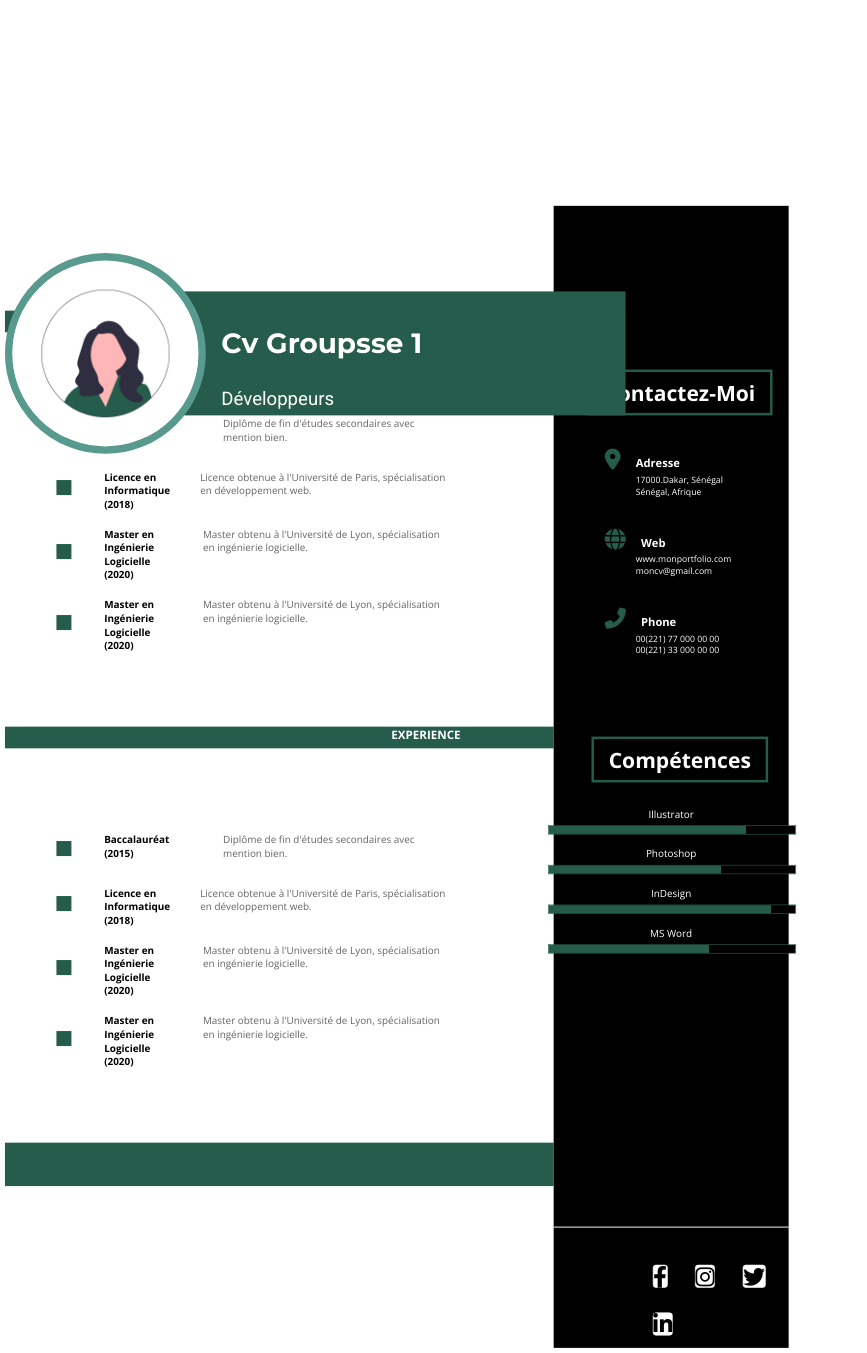
Repository: NdiongueFH/Mon_CV
Page: CV_Groupe1.html
An editor plug-in stored every save of this project. The page is shown before and after the next save, followed by the edit.
The browser window is 1280 px wide. The page is 1302 px wide, then 1398 px, so the pictures cover 1398 px, including what lies to the right of the window. The pictures show the whole page, at 62% of full size.

Above is the page before, as saved 2024-08-05 01:31:48.

After the next save:
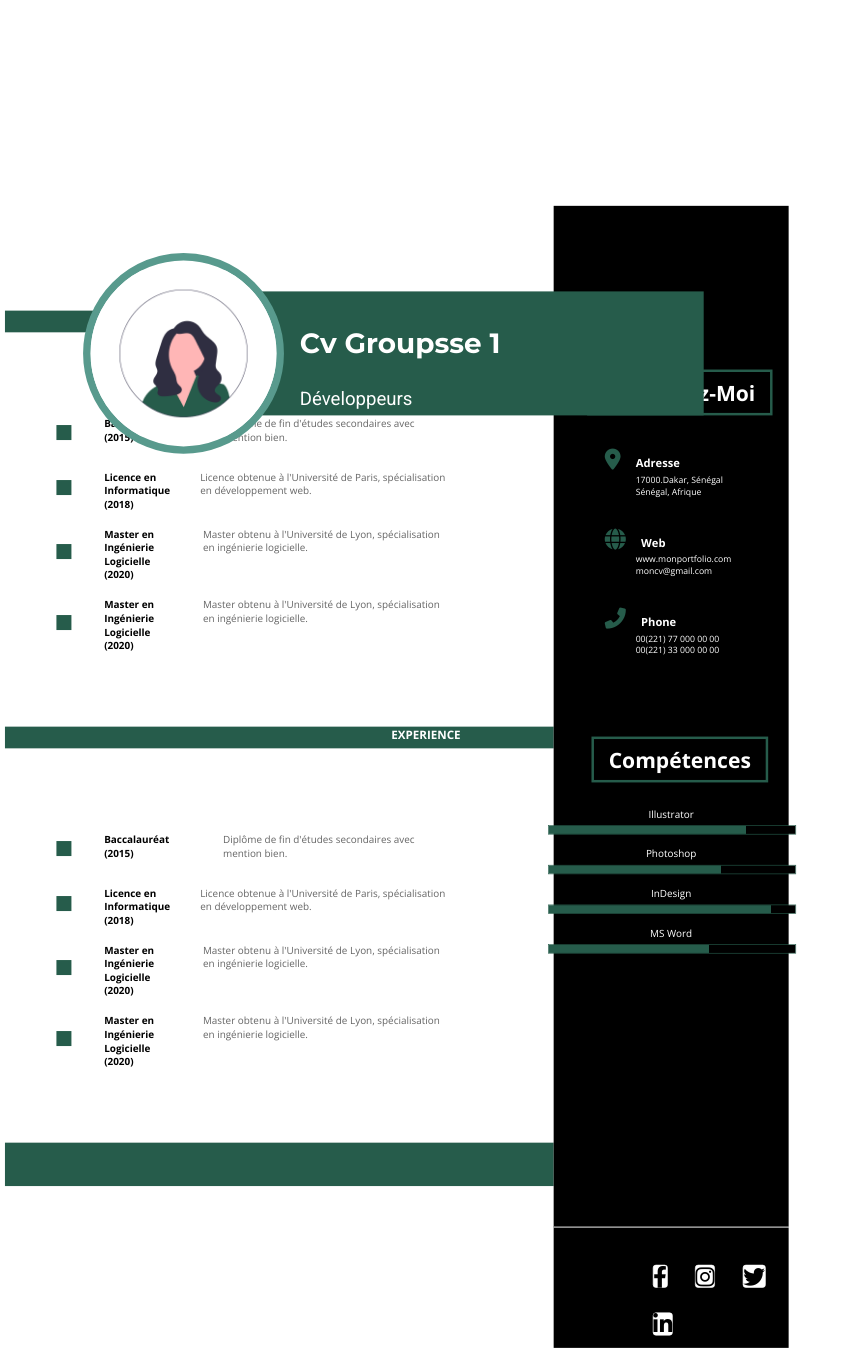
Saved 15 s later.
--- a/CV_Groupe1.css
+++ b/CV_Groupe1.css
@@ -56,7 +56,7 @@ body {
 position: relative;
 z-index: 1;
 top: 400px;
-right: 0%;
+right: -10%;
 }
 
 /*Partie Ndiawar Diop*/
